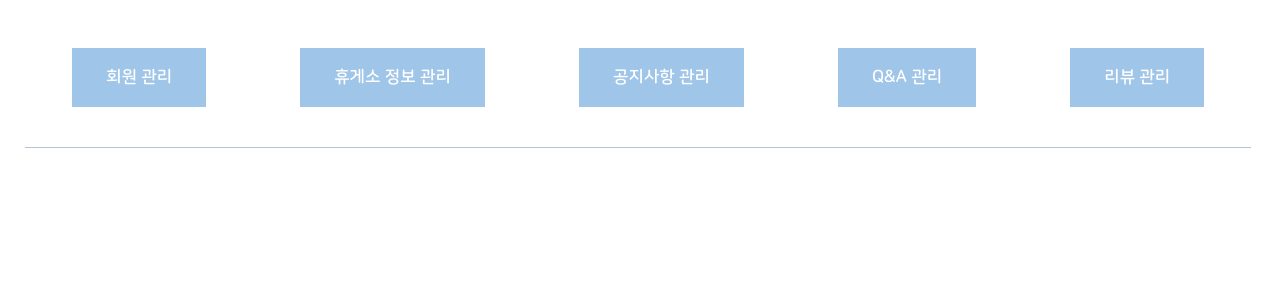
Repository: kimyerim-o/hyusikpro
Page: http://localhost/prac1/admin/admin.jsp
An editor plug-in stored every save of this project. The page is shown before and after the next save, followed by the edit.
The browser window is 1280 px wide. The pictures show the whole page.
The page is served by Tomcat 9. Nobody is signed in. The application's start-up code is not run.

Above is the page before, as saved 2020-05-15 07:00:40.

After the next save:
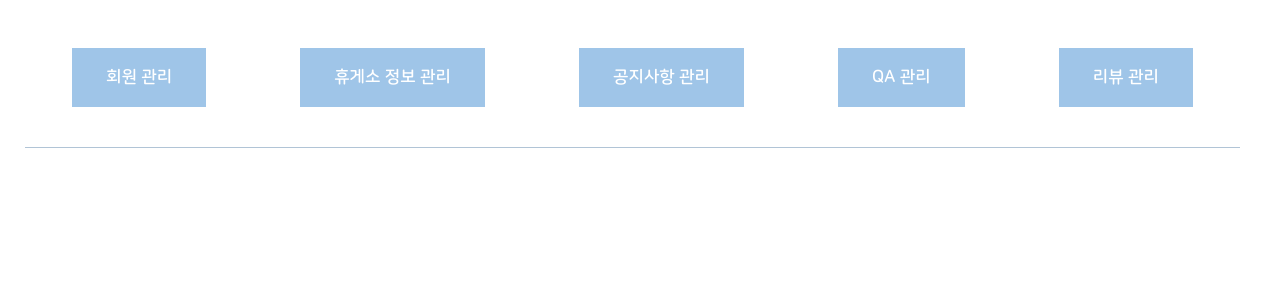
Saved 8 s later.
--- a/hyusik/prac1/WebContent/admin/admin.jsp
+++ b/hyusik/prac1/WebContent/admin/admin.jsp
@@ -11,7 +11,7 @@
  		<li class="tab1"><a href="admin_member.go">회원 관리</a></li>
 		<li class="tab2"><a href="admin_info.go">휴게소 정보 관리</a></li>
 		<li class="tab3"><a href="admin_notice.go">공지사항 관리</a></li>
-		<li class="tab4"><a href="admin_qna.go">Q&A 관리</a></li>
+		<li class="tab4"><a href="admin_qna.go">QA 관리</a></li>
 		<li class="tab5"><a href="admin_review.go">리뷰 관리</a></li>
 	</ul>
 

After the save that followed:
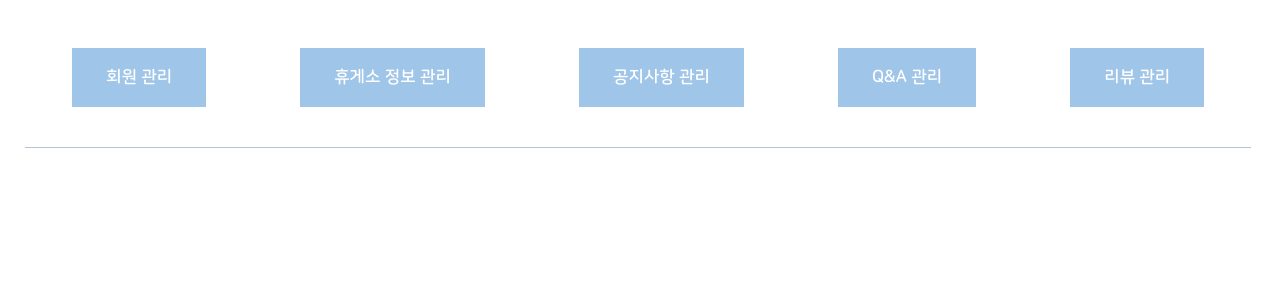
Saved 40 s later.
--- a/hyusik/prac1/WebContent/admin/admin.jsp
+++ b/hyusik/prac1/WebContent/admin/admin.jsp
@@ -11,7 +11,7 @@
  		<li class="tab1"><a href="admin_member.go">회원 관리</a></li>
 		<li class="tab2"><a href="admin_info.go">휴게소 정보 관리</a></li>
 		<li class="tab3"><a href="admin_notice.go">공지사항 관리</a></li>
-		<li class="tab4"><a href="admin_qna.go">QA 관리</a></li>
+		<li class="tab4"><a href="admin_qna.go">Q&amp;A 관리</a></li>
 		<li class="tab5"><a href="admin_review.go">리뷰 관리</a></li>
 	</ul>
 
